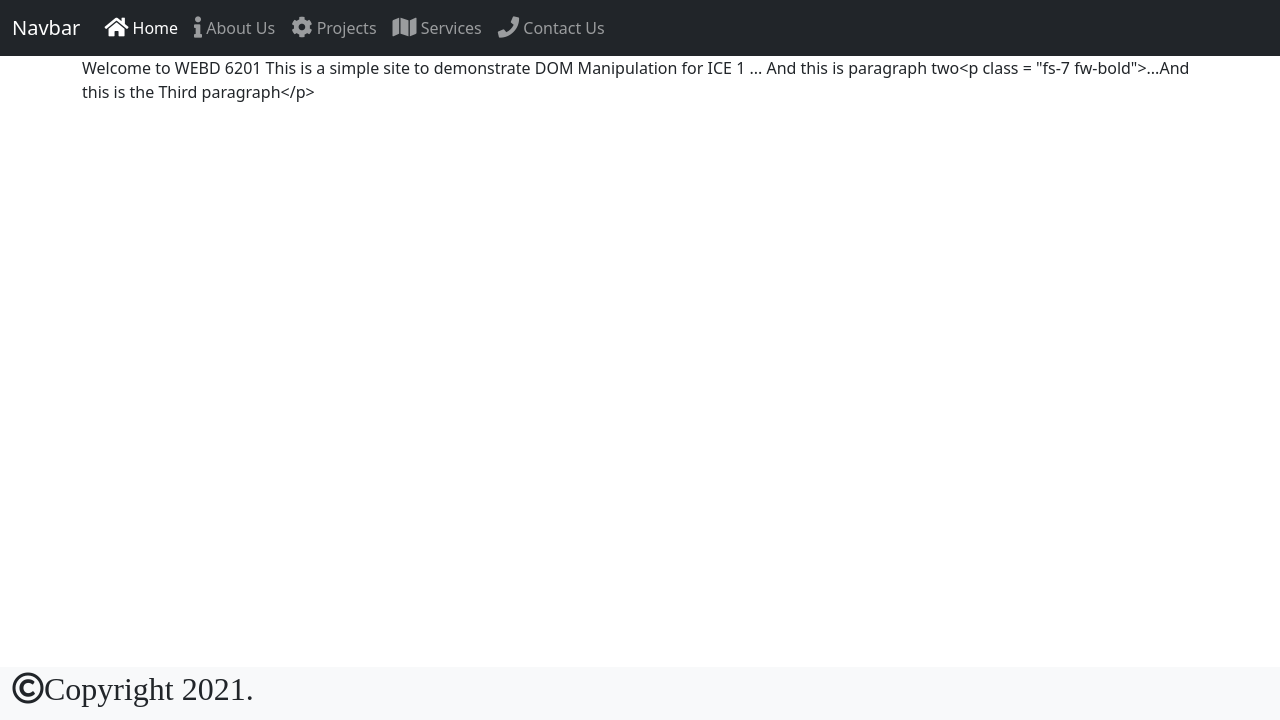
Repository: vans12345678/WEBD6201-W2021-Week3
Page: index.html
An editor plug-in stored every save of this project. The page is shown before and after the next save, followed by the edit.
The browser window is 1280 px wide. The pictures show the whole page.

Above is the page before, as saved 2021-01-20 21:31:42.

### index.html
<!DOCTYPE html>
<html lang="en">
<head>
    <meta charset="UTF-8">
    <meta name="viewport" content="width=device-width, initial-scale=1.0">
    <title>WEBD 6201 - W2021-ICE 1</title>

    <!-- CSS Section -->
    <link rel="stylesheet" href="./node_modules/bootstrap/dist/css/bootstrap.min.css">
    <link rel="stylesheet" href="./node_modules/@fortawesome/fontawesome-free/css/all.min.css">
    <link rel="stylesheet" href="./Content/app.css">

</head>

<body>
    <header>
        <nav class="navbar navbar-expand-lg navbar-dark bg-dark">
            <div class="container-fluid">
              <a class="navbar-brand" href="#">Navbar</a>
              <button class="navbar-toggler" type="button" data-bs-toggle="collapse" data-bs-target="#navbarSupportedContent" aria-controls="navbarSupportedContent" aria-expanded="false" aria-label="Toggle navigation">
                <span class="navbar-toggler-icon"></span>
              </button>
              <div class="collapse navbar-collapse" id="navbarSupportedContent">
                <ul class="navbar-nav me-auto mb-2 mb-lg-0">
                  <li class="nav-item">
                    <a class="nav-link active" aria-current="page" href="#"><i class="fas fa-home fa-lg"></i> Home</a>
                  </li>

                  <li class="nav-item">
                    <a class="nav-link" aria-current="page" href="#"><i class="fas fa-info fa-lg"></i> About Us</a>
                  </li>

                  <li class="nav-item">
                    <a class="nav-link" aria-current="page" href="#"><i class="fas fa-cog fa-lg"></i> Projects</a>
                  </li>

                  <li class="nav-item">
                    <a class="nav-link" aria-current="page" href="#"><i class="fas fa-map fa-lg"></i> Services</a>
                  </li>

                  <li class="nav-item">
                    <a class="nav-link" aria-current="page" href="#"><i class="fas fa-phone fa-lg"></i> Contact Us</a>
                  </li>
                </ul>
              </div>
            </div>
          </nav>
    </header>

    <main class="container">
        <h1>Welcome to WEBD 6201</h1>
        <p id="paragraphOne"></p>
    </main>
    <footer>
        <nav class="navbar fixed-bottom navbar-light bg-light">
            <div class="container-fluid">
                <h4><i class="far fa-copyright fa-lg">Copyright 2021.</i></h4>
            </div>
          </nav>
    </footer>
    <!-- Script Section -->

    <script src="./node_modules/jquery/dist/jquery.min.js"></script>
    <script src="./node_modules/bootstrap/dist/js/bootstrap.bundle.min.js"></script>
    <script src="./Scripts/app.js"></script>
</body>
</html>

### Scripts/app.js
/* Custom JavaScript goes here */

//IIFE - Immediately Invoked Function Expression
//AKA - Anonymous Self-Executing Function
//Closure - limits scope leak

"use strict";

(function(){

    function Start()
    {
        console.log("App Started...");

        let paragraphOneText = "This is a simple site to demonstrate DOM Manipulation for ICE 1";
        let paragraphOneElement = document.getElementById("paragraphOne");

        paragraphOneElement.textContent = paragraphOneText;
        //paragraphOneElement.style = "color: blue; font-weight: bold;";
        paragraphOneElement.className = "fs-5 fw-bold text-center";

        //Step 1. document.createElement
        let newParagraph = document.createElement("p");
        //Step 2. Configure the element
        newParagraph.setAttribute("id", "paragraphTwo");
        newParagraph.textContent = "... And this is paragraph two";
        //Step 3. Select parent element
        let mainContent = document.getElementsByTagName("main")[0];
        //Step 4. Add / Insert the element
        mainContent.appendChild(newParagraph);

        newParagraph.className = "fs-6";

        let paragraphThree =  `<p class = "fs-7 fw-bold">...And this is the Third paragraph</p>`;
        mainContent.textContent += paragraphThree;
        console.log(paragraphOneElement);


    }

    window.addEventListener("load", Start);

})();

Loaded but not shown: node_modules/bootstrap/dist/css/bootstrap.min.css (library); node_modules/@fortawesome/fontawesome-free/css/all.min.css (library); Content/app.css (common file); node_modules/jquery/dist/jquery.min.js (library); node_modules/bootstrap/dist/js/bootstrap.bundle.min.js (library)

After the next save:
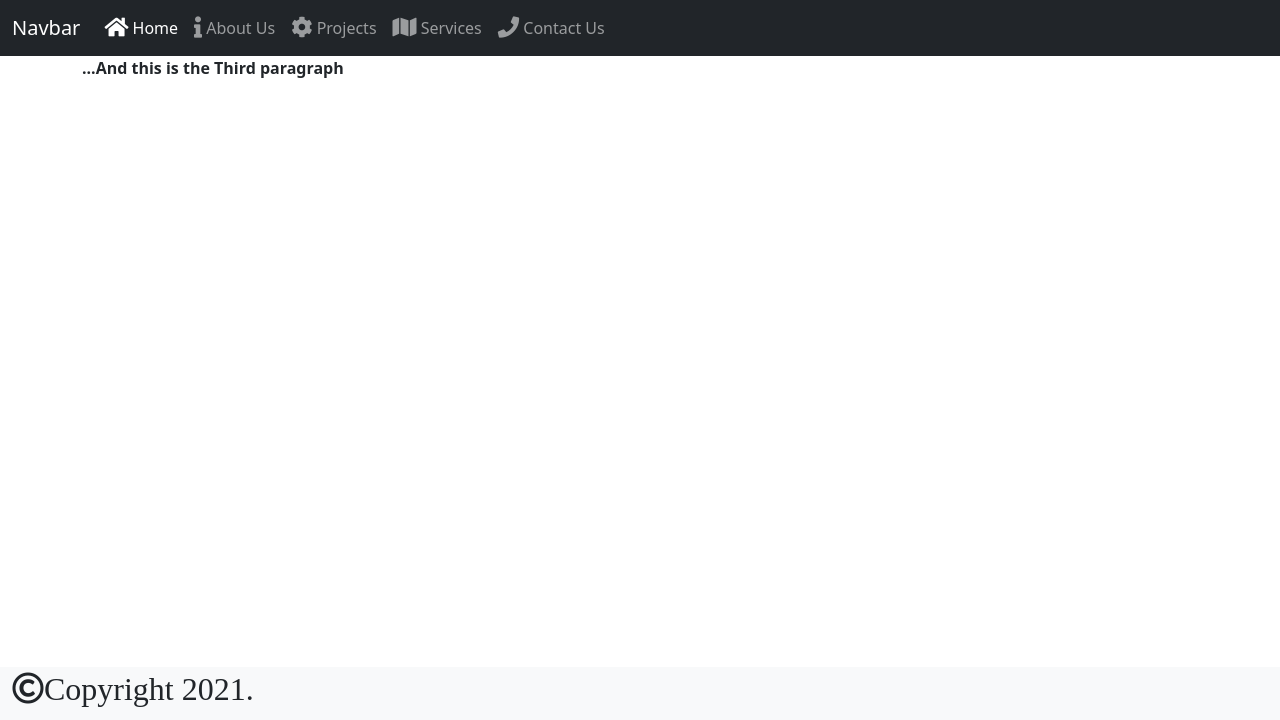
Saved 12 s later.
--- a/Scripts/app.js
+++ b/Scripts/app.js
@@ -32,7 +32,7 @@
         newParagraph.className = "fs-6";
 
         let paragraphThree =  `<p class = "fs-7 fw-bold">...And this is the Third paragraph</p>`;
-        mainContent.textContent += paragraphThree;
+        mainContent.innerHTML = paragraphThree;
         console.log(paragraphOneElement);
 
 
